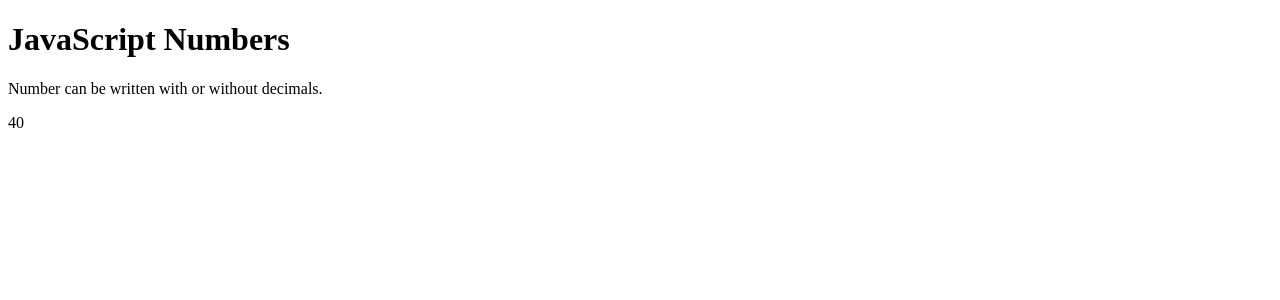
Repository: jyoti3693/demorepo
Page: http://localhost/CSSPro/num_with_decimal_without_decimal.jsp
These files come from the project's save history. The page is drawn as it stood at one moment and after the next save; the edit follows.
The browser window is 1280 px wide. The pictures show the whole page.
The page is served by Tomcat 9. Other server files are loaded and not shown.

Above is the page before, as saved 2015-06-11 07:30:01.

### CSSPro/WebContent/num_with_decimal_without_decimal.jsp
<%@ page language="java" contentType="text/html; charset=ISO-8859-1"
    pageEncoding="ISO-8859-1"%>
<!DOCTYPE html PUBLIC "-//W3C//DTD HTML 4.01 Transitional//EN" "http://www.w3.org/TR/html4/loose.dtd">
<html>
<body>

<h1>JavaScript Numbers</h1>

<p>Number can be written with or without decimals.</p>

<p id="demo"></p>

<script>
document.getElementById("demo").innerHTML = 10.50;
document.getElementById("demo").innerHTML = 1050;
document.getElementById("demo").innerHTML = 1002;
document.getElementById("demo").innerHTML = 050;
</script>

</body>
</html>

After the next save:
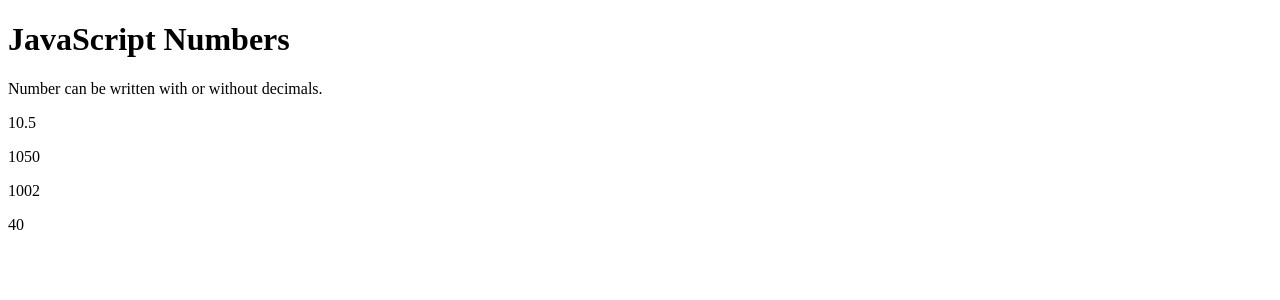
Saved 36 s later.
--- a/CSSPro/WebContent/num_with_decimal_without_decimal.jsp
+++ b/CSSPro/WebContent/num_with_decimal_without_decimal.jsp
@@ -9,12 +9,14 @@
 <p>Number can be written with or without decimals.</p>
 
 <p id="demo"></p>
-
+<p id="demo1"></p>
+<p id="demo2"></p>
+<p id="demo3"></p>
 <script>
 document.getElementById("demo").innerHTML = 10.50;
-document.getElementById("demo").innerHTML = 1050;
-document.getElementById("demo").innerHTML = 1002;
-document.getElementById("demo").innerHTML = 050;
+document.getElementById("demo1").innerHTML = 1050;
+document.getElementById("demo2").innerHTML = 1002;
+document.getElementById("demo3").innerHTML = 050;
 </script>
 
 </body>

After the save that followed:
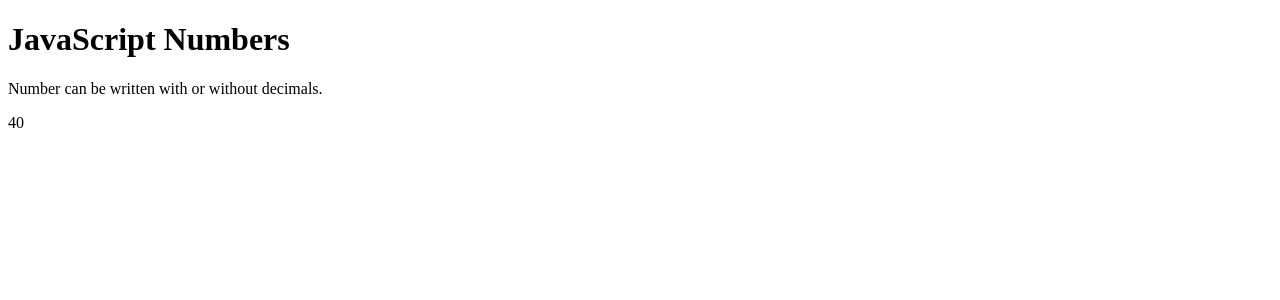
Saved 53 s later.
--- a/CSSPro/WebContent/num_with_decimal_without_decimal.jsp
+++ b/CSSPro/WebContent/num_with_decimal_without_decimal.jsp
@@ -13,9 +13,9 @@
 <p id="demo2"></p>
 <p id="demo3"></p>
 <script>
-document.getElementById("demo").innerHTML = 10.50;
+/* document.getElementById("demo").innerHTML = 10.50;
 document.getElementById("demo1").innerHTML = 1050;
-document.getElementById("demo2").innerHTML = 1002;
+document.getElementById("demo2").innerHTML = 1002; */
 document.getElementById("demo3").innerHTML = 050;
 </script>
 
